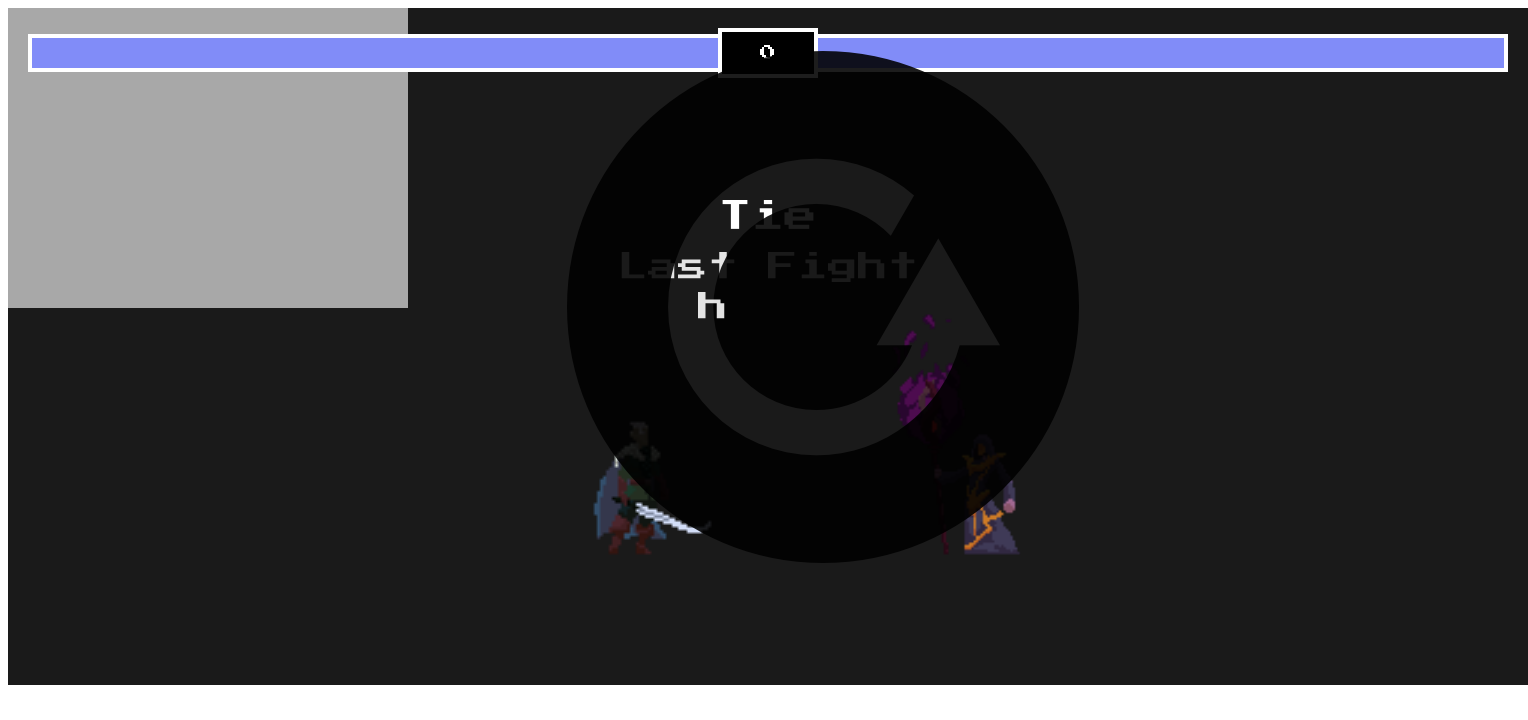
Repository: Gaurav31052/Fighting-game
Page: index.html
These files come from the project's save history. The page is drawn as it stood at one moment and after a run of saves; the edit follows.
The browser window is 1280 px wide. The page is 1528 px wide, so the pictures cover 1528 px, including what lies to the right of the window. The pictures show the whole page.
Some web libraries are served in a nearby version.

Above is the page before, as saved 2024-05-30 22:32:47.

### index.html
<head>
    <link rel="preconnect" href="https://fonts.googleapis.com">
    <link rel="preconnect" href="https://fonts.gstatic.com" crossorigin>
    <link href="https://fonts.googleapis.com/css2?family=Press+Start+2P&display=swap" rel="stylesheet">
    <style>
        * {
            box-sizing: border-box;
            font-family: "Press Start 2P", system-ui;
        }

            @keyframes fadeIn {
                from { opacity: 0; }
                to { opacity: 1; }
            }
            .image1{

            }

    </style>
</head>

<body>
    <!-- red container div -->
    <div style="position: relative; display: inline-block;">
        <!-- smaller red container div -->
        <div style="position: absolute; display: flex; align-items: center; width: 100%; padding: 20px;">
            <!-- player health -->
            <div style="position: relative; width: 100%; display: flex; justify-content: flex-end;
            border-top: 4px solid white;
            border-bottom: 4px solid white;
            border-left: 4px solid white;

            ">
                <div style="background-color: red; height: 30px; width: 100%;"></div>
                <div id="playerHealth"
                    style="position: absolute; background: #818CF8; top: 0; right: 0; bottom: 0; width: 100%;"></div>
            </div>
            <!-- timer -->
            <div id="timer"
                style="background-color: black; width: 100px; height: 50px; flex-shrink: 0; display: flex; align-items: center; justify-content: center; color: white; border: 4px solid white">
                10
            </div>
            <!-- enemy health -->
            <div style="position: relative;  width: 100%; border-top: 4px solid white;
            border-bottom: 4px solid white;
            border-right: 4px solid white;">
                <div style="background-color: red; height: 30px;"></div>
                <div id="enemyHealth"
                    style="position: absolute; background: #818CF8; top: 0; right: 0; bottom: 0; left: 0;"></div>
            </div>
        </div>
        <div id="displayText" style="position: absolute; color: white; display: flex; align-items: center; justify-content: center; top: 0;
        right: 0; left: 0; bottom: 260; font-size: 33px; display: none;">tie</div>
        <div id="displayText2" style="position: absolute; color: white; display: flex; align-items: center; justify-content: center; top: 0;
        right: 0; left: 0; bottom: 160; font-size: 30px; display: none; opacity: 0; animation: fadeIn 5s forwards; "></div>


        <div id="displayText4" style="position: absolute; color: white; display: flex; align-items: center; justify-content: center; top: 0;
        right: 0; left: 110; bottom: 80; font-size: 30px; display: none; opacity: 0; animation: fadeIn 5s forwards; "><img class="image1" src="./img/replay.png" alt="" srcset=""></div>
        <div id="displayText5" style="position: absolute; color: white; display: flex; align-items: center; justify-content: center; top: 0;
        right:110; left: 0; bottom: 80; font-size: 30px; display: none; opacity: 0; animation: fadeIn 5s forwards; ">h</div>



        <canvas id="canvas"></canvas>

    </div>

<!-- <script src="//cdnjs.cloudflare.com/ajax/libs/annyang/2.6.1/annyang.min.js"></script> -->
    <script src="https://cdnjs.cloudflare.com/ajax/libs/gsap/3.9.1/gsap.min.js"
        integrity="sha512-H6cPm97FAsgIKmlBA4s774vqoN24V5gSQL4yBTDOY2su2DeXZVhQPxFK4P6GPdnZqM9fg1G3cMv5wD7e6cFLZQ=="
        crossorigin="anonymous" referrerpolicy="no-referrer"></script>
    <script src="JS/utils.js"></script>
    <script src="JS/classes.js"></script>
    <script src="game.js"></script>

</body>

### JS/utils.js
function rectangularCollision({ rectangle1, rectangle2 }) {
    return (rectangle1.attackBox.position.x + rectangle1.attackBox.width >= rectangle2.position.x && rectangle1.attackBox.position.x <= rectangle2.position.x + rectangle2.width && rectangle1.attackBox.position.y + rectangle1.attackBox.height >= rectangle2.position.y && rectangle1.attackBox.position.y <= rectangle2.position.y + rectangle2.height)
}

function determineWinner({ player, enemy, timerId }) {
    clearTimeout(timerId)
    document.querySelector('#displayText').style.display = 'flex'
    document.querySelector('#displayText2').style.display = 'flex'
    // document.querySelector('#displayText3').style.display = 'flex'
    document.querySelector('#displayText4').style.display = 'flex'
    document.querySelector('#displayText5').style.display = 'flex'
    if (player.health === enemy.health) {
        game_sound.pause();
        draw.loop=true;
        draw.play();
        document.querySelector('#displayText').innerHTML = 'Tie'
        document.querySelector('#displayText2').innerHTML = 'Last Fight'
        // document.querySelector('#displayText4').innerHTML = 'Reply'
        // document.querySelector('#displayText5').innerHTML = 'home'
    }
    else if (player.health > enemy.health) {
        game_sound.pause();
        winning.play()
        document.querySelector('#displayText').innerHTML = 'Player-1 Wins!'
        document.querySelector('#displayText2').innerHTML = 'Last Fight'
    }
    else if (player.health < enemy.health) {
        game_sound.pause();
        winning.play()
        document.querySelector('#displayText').innerHTML = 'Player-2 Wins!'
        document.querySelector('#displayText2').innerHTML = 'Last Fight'
    }
}

let timer = 3;
let timerId
function decreaseTimer() {
    if (timer > 0) {
        timerId = setTimeout(decreaseTimer, 1000)
        timer--
        document.querySelector('#timer').innerHTML = timer;
    }
    if (timer == 0) {
        determineWinner({ player, enemy, timerId })
    }
}


var draw =new Audio("./audio/tie_bgm.mp3");
var winning =new Audio("./audio/winning audio.mp3");

### JS/classes.js
class Sprite {
    constructor({ position, imageSrc, scale = 1, frameMax = 1, offset = { x: 0, y: 0 } }) {
        this.position = position;
        this.width = 50
        this.height = 150
        this.image = new Image()
        this.image.src = imageSrc
        this.scale = scale
        this.frameMax = frameMax
        this.frameCurrent = 0
        this.frameElapsed = 0
        this.frameHold = 5
        this.offset = offset
    }
    draw() {

        c.drawImage(this.image, this.frameCurrent * (this.image.width / this.frameMax), 0, this.image.width / this.frameMax, this.image.height,

            this.position.x - this.offset.x, this.position.y - this.offset.y, (this.image.width / this.frameMax) * this.scale, this.image.height * this.scale)
    }

    animateFrame() {
        this.frameElapsed++
        if (this.frameElapsed % this.frameHold === 0) {
            if (this.frameCurrent < this.frameMax - 1) {

                this.frameCurrent++
            }
            else {
                this.frameCurrent = 0
            }
        }
    }

    update() {
        this.draw()
        this.animateFrame()
    }
}




class Fighter extends Sprite {
    constructor({ position, velocity, color = 'red', imageSrc, scale = 1, frameMax = 1, offset = { x: 0, y: 0 }, sprites,attackBox ={offset: {}, width: undefined, height: undefined} }) {
        super({
            position,
            imageSrc,
            frameMax,
            scale,
            offset
        })

        this.velocity = velocity;
        this.width = 50
        this.height = 150
        this.lastkey
        this.attackBox = {
            position: {
                x: this.position.x,
                y: this.position.y
            },
            offset: attackBox.offset,
            width: attackBox.width,
            height: attackBox.height
        }
        this.color = color
        this.isAttacking
        this.health = 100
        this.frameCurrent = 0
        this.frameElapsed = 0
        this.frameHold = 5
        this.sprites =sprites
        this.dead = false

        for(const sprite in this.sprites){
            sprites[sprite].image =new Image()
            sprites[sprite].image.src= sprites[sprite].imageSrc
        }

    }
    // draw() {
    //     c.fillStyle = this.color
    //     c.fillRect(this.position.x, this.position.y, this.width, this.height)

    //     // attack box
    //     if (this.isAttacking) {
    //         c.fillStyle = 'green'
    //         c.fillRect(this.attackBox.position.x, this.attackBox.position.y, this.attackBox.width, this.attackBox.height)
    //     }
    // }
    update() {
        this.draw()
        if(!this.dead)
        this.animateFrame()


// attack boxes
        this.attackBox.position.x = this.position.x + this.attackBox.offset.x
        this.attackBox.position.y = this.position.y + this.attackBox.offset.y

        // draw the attack box
        // c.fillRect(this.attackBox.position.x, this.attackBox.position.y, this.attackBox.width, this.attackBox.height)

        this.position.y += this.velocity.y
        this.position.x += this.velocity.x

        //gravity function
        if (this.position.y + this.height + this.velocity.y >= canvas.height-200) {
            this.velocity.y = 0
            this.position.y = 400
        }
        else {
            this.velocity.y += gravity
        }

    }
    attack() {
        this.switchSprite('attack1')
        this.isAttacking = true

    }

    takeHit(){
        this.health -= 5

        if(this.health <= 0){
            this.switchSprite('death')
        }
        else{
            this.switchSprite('takeHit')
        }
    }

    switchSprite(sprite){
        if(this.image === this.sprites.death.image) {
            if(this.frameCurrent=== this.sprites.death.frameMax-1) this.dead = true
            return}
        // overriding all other animations with the attack animations
        if(this.image === this.sprites.attack1.image && this.frameCurrent < this.sprites.attack1.frameMax -1) return

        // override when fighter gets hit
        if(this.image === this.sprites.takeHit.image && this.frameCurrent < this.sprites.takeHit.frameMax -1) return

        switch (sprite) {
            case 'idle':
                if(this.image!= this.sprites.idle.image){
                this.image=this.sprites.idle.image
                this.frameMax = this.sprites.idle.frameMax
                this.frameCurrent = 0
        }
                break;
            case 'run':
            if(this.image!= this.sprites.run.image){
            this.image=this.sprites.run.image
            this.frameMax = this.sprites.run.frameMax
            this.frameCurrent = 0
        }
                break;
            case 'jump':
                if(this.image!= this.sprites.jump.image){
                this.image =this.sprites.jump.image
                this.frameMax = this.sprites.jump.frameMax
                this.frameCurrent = 0
                }
                break;
            case 'fall':
                if(this.image!= this.sprites.fall.image){
                this.image =this.sprites.fall.image
                this.frameMax = this.sprites.fall.frameMax
                this.frameCurrent = 0
                }
                break;
            case 'attack1':
                if(this.image!= this.sprites.attack1.image){
                this.image =this.sprites.attack1.image
                this.frameMax = this.sprites.attack1.frameMax
                this.frameCurrent = 0
                }
                break;
            case 'takeHit':
                if(this.image!= this.sprites.takeHit.image){
                this.image =this.sprites.takeHit.image
                this.frameMax = this.sprites.takeHit.frameMax
                this.frameCurrent = 0
                }
                break;
            case 'death':
                if(this.image!= this.sprites.death.image){
                this.image =this.sprites.death.image
                this.frameMax = this.sprites.death.frameMax
                this.frameCurrent = 0
                }

                break;

        }
    }
}

### game.js
const canvas = document.getElementById('canvas');
const c = canvas.getContext('2d');

canvas.width = 1520
// canvas.width = window. innerWidth;
canvas.height = 677
// canvas.height = window. innerHeight;

c.fillRect(0, 0, canvas.width, canvas.height)

const gravity = 2.9


const background = new Sprite({
    position: {
        x: 0,
        y: 0,

    },
    // imageSrc: './img/background5.jpg'
    imageSrc: localStorage.getItem(1)


})





// const shop = new Sprite({
//     position: {
//         x: 600,
//         y: 128
//     },
//     imageSrc: './img/shop.png',
//     scale: 2.75,
//     frameMax: 6
// })


const player = new Fighter({
    position: {
        x: 600,
        y: 0
    },
    velocity: {
        x: 0,
        y: 0
    },
    offset: {
        x: 0,
        y: 0
    },
    imageSrc: './img/samuraiMack/Idle.png',

    frameMax: 10,
    scale:3,
    offset: {
        x:215,
        y:157
    },

    sprites:{
        idle: {
            imageSrc: './img/samuraiMack/Idle.png',
            frameMax: 10
        },
        run:{
            imageSrc: './img/samuraiMack/Run.png',
            frameMax: 8

        },
        jump:{
            imageSrc: './img/samuraiMack/Jump.png',
            frameMax: 3

        },
        fall:{
            imageSrc: './img/samuraiMack/Fall.png',
            frameMax: 3
        },
        attack1:{
            imageSrc: './img/samuraiMack/Attack1.png',
            frameMax: 7
        },
        takeHit:{
            imageSrc: './img/samuraiMack/Take hit.png',
            frameMax: 3
        },
        death:{
            imageSrc: './img/samuraiMack/Death.png',
            frameMax: 7
        }

    },
    attackBox:{
        offset:{
            x:90,
            y:50
        },
        width:70,
        height:50
    }
})




const enemy = new Fighter({
    position: {
        x: 900,
        y: 100
    },
    velocity: {
        x: 0,
        y: 0
    },
    color: 'blue',
    offset: {
        x: -50,
        y: 0
    },
    imageSrc: './img/kenji/Idle.png',
    frameMax: 8,
    scale:2.3,
    offset: {
        x:215,
        y:238
    },

    sprites:{
        idle: {
            imageSrc: './img/kenji/Idle.png',

            frameMax: 8
        },
        run:{
            imageSrc: './img/kenji/Run.png',
            frameMax: 8

        },
        jump:{
            imageSrc: './img/kenji/Jump.png',
            frameMax: 2

        },
        fall:{
            imageSrc: './img/kenji/Fall.png',
            frameMax: 2
        },
        attack1:{
            imageSrc: './img/kenji/Attack1.png',
            frameMax: 8
        },
        takeHit:{
            imageSrc:'./img/kenji/Take hit.png',
            frameMax: 3
        },
        death:{
            imageSrc: './img/kenji/Death.png',
            frameMax: 7
        }


    },
    attackBox:{
        offset:{
            x:-140,
            y:50
        },
        width:130,
        height:50
    }
})

// console.log(player)

const key = {
    a: {
        pressed: false
    },
    d: {
        pressed: false
    },
    ArrowRight: {
        pressed: false
    },
    ArrowLeft: {
        pressed: false
    }
}


decreaseTimer()


function animate() {
    window.requestAnimationFrame(animate)
    c.fillStyle = 'black'
    c.fillRect(0, 0, canvas.width, canvas.height)
    background.update()
    // shop.update()
    c.fillStyle ='rgba(255,255,255,0.1)'
    c.fillRect(0,0, canvas.width, canvas.height)
    player.update()
    enemy.update()
    player.velocity.x = 0
    enemy.velocity.x = 0

    // player movement

    if (key.a.pressed && player.lastkey === 'a') {
        player.velocity.x = -5
        player.switchSprite('run')
    }
    else if (key.d.pressed && player.lastkey === 'd') {
        player.velocity.x = 5
        player.switchSprite('run')
    }
    else{
        player.switchSprite('idle')
    }

    //jumping player
    if(player.velocity.y<0){
       player.switchSprite('jump')
    }
    else if(player.velocity.y>0){
        player.switchSprite('fall')
    }



    // enemy movement
    if (key.ArrowLeft.pressed && enemy.lastkey === 'ArrowLeft') {
        enemy.velocity.x = -5
        enemy.switchSprite('run')
    }
    else if (key.ArrowRight.pressed && enemy.lastkey === 'ArrowRight') {
        enemy.velocity.x = 5
        enemy.switchSprite('run')
    }
    else{
        enemy.switchSprite('idle')
    }
     //jumping enemy
     if(enemy.velocity.y<0){
        enemy.switchSprite('jump')
     }
     else if(enemy.velocity.y>0){
         enemy.switchSprite('fall')
     }

    // detect for collision & enemy get hit
    if (rectangularCollision({ rectangle1: player, rectangle2: enemy }) && player.isAttacking && player.frameCurrent===4) {
        enemy.takeHit()
        enemy_take_hit.volume=0.2
        enemy_take_hit.play()
        player.isAttacking = false

        // document.querySelector('#enemyHealth').style.width = enemy.health + '%'
        gsap.to('#enemyHealth',{
            width:enemy.health + '%'
        })
    }

    // if player misses
    if(player.isAttacking && player.frameCurrent === 4){
        player.isAttacking = false
    }

    // this is where our player hit
    if (rectangularCollision({ rectangle1: enemy, rectangle2: player }) && enemy.isAttacking && enemy.frameCurrent === 2) {
        player.takeHit()
        player_take_hit.volume=0.2
        player_take_hit.play();
        enemy.isAttacking = false
        // console.log('enemy is Attacking')
        // document.querySelector('#playerHealth').style.width = player.health + '%'
        gsap.to('#playerHealth',{
            width:player.health + '%'
        })
    }

     // if enemy misses
     if(enemy.isAttacking && enemy.frameCurrent === 2){
        enemy.isAttacking = false
    }
    // end game based on health
    if (enemy.health <= 0 || player.health <= 0) {
        determineWinner({ player, enemy, timerId })
    }
}

animate()


window.addEventListener('keydown', (event) => {
    if(!player.dead){


    switch (event.key) {
        case 'd':
            key.d.pressed = true
            player.lastkey = 'd'
            break
        case 'a':
            key.a.pressed = true
            player.lastkey = 'a'
            break
        case 'w':
            player.velocity.y = -38
            break
        case ' ':
            player.attack()
            sword.play();
            break

        }
    }

    if(!enemy.dead){

switch(event.key){
    case 'ArrowRight':
            key.ArrowRight.pressed = true
            enemy.lastkey = 'ArrowRight'
            break
        case 'ArrowLeft':
            key.ArrowLeft.pressed = true
            enemy.lastkey = 'ArrowLeft'
            break
        case 'ArrowUp':
            enemy.velocity.y = -38
            break
        case 'ArrowDown':
            enemy.attack()
            woo1.play();
            break
}

}

})
window.addEventListener('keyup', (event) => {
    switch (event.key) {
        case 'd':
            key.d.pressed = false
            break
        case 'a':
            key.a.pressed = false
            break

    }

    // enemy key
    switch (event.key) {
        case 'ArrowRight':
            key.ArrowRight.pressed = false
            break
        case 'ArrowLeft':
            key.ArrowLeft.pressed = false
            break

    }
})





// voice command

// if(annyang){
//     var commands={
//         // 'forward': function(){alert('helloooo');}
//         'forward': function(){ key.d.pressed = true
//             player.lastkey = 'd'
//         setTimeout(()=>{
//             key.d.pressed = false
//             annyang.start()
//         },500)
//         },
//         'stop': function(){ key.d.pressed = false
//             player.lastkey = 'd' },
//         'back': function(){key.a.pressed = true
//             player.lastkey = 'a'
//             setTimeout(()=>{
//                 key.a.pressed = false
//                 annyang.start()
//             },500)},
//         'jump': function(){player.velocity.y = -38
//             annyang.start()},
//         'attack': function(){ player.attack()
//             annyang.start()}
//     };
//     annyang.addCommands(commands);
//     annyang.start();
// }


//Sound Effect
var sword =new Audio("./audio/sword sound.mp4");
var player_take_hit =new Audio("./audio/grunt_1.mp3");
var enemy_take_hit =new Audio("./audio/grunt_2.mp3");
var woo1 =new Audio("./audio/woo1.mp3");
var fight = new Audio("./audio/fight-deep-voice.mp3");
fight.play();
// draw_music.play();
var game_sound =new Audio("./audio/game_bgm.mp3");
game_sound.loop=true;
game_sound.volume=0.3;
game_sound.play();

After the next 3 saves:
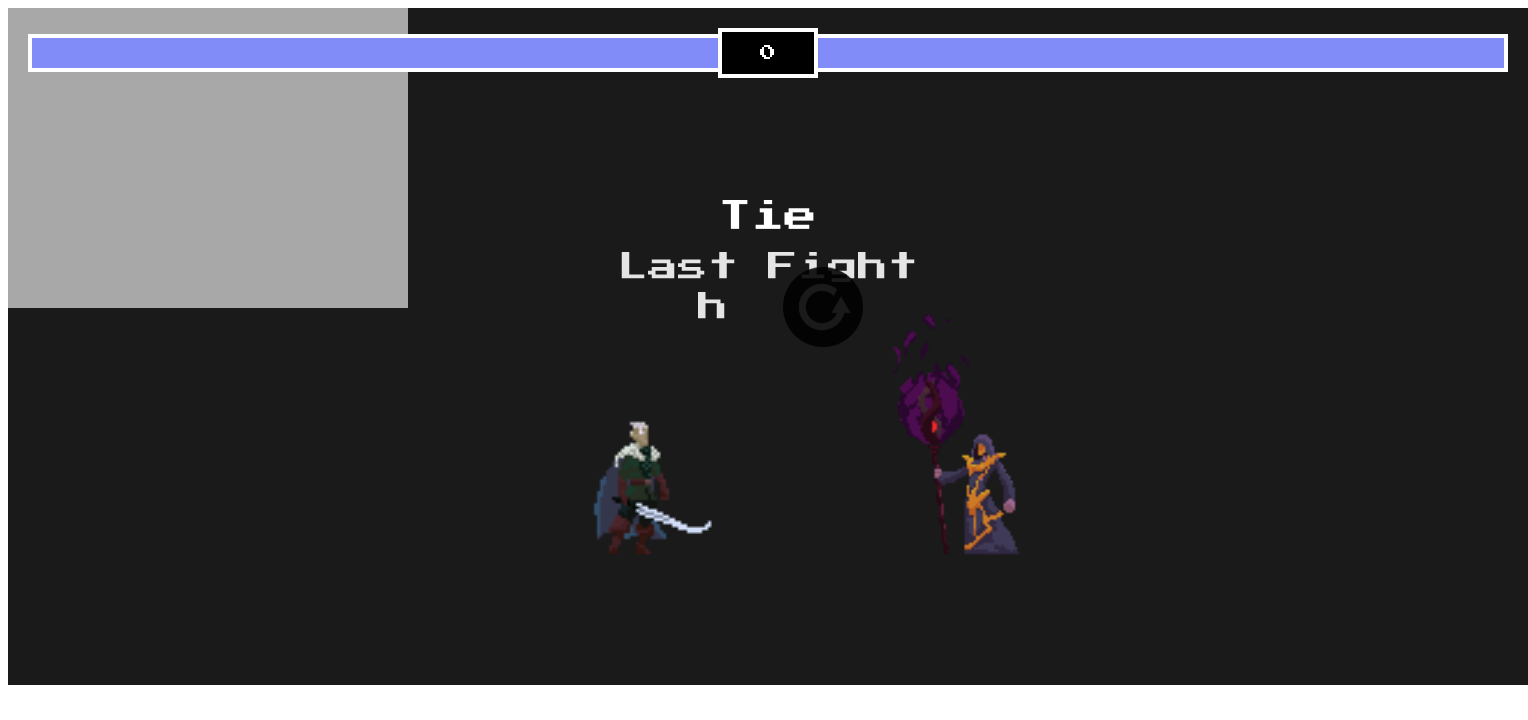
The 3 saves are shown as one change because they came seconds apart.
The last was saved 27 s later.
--- a/index.html
+++ b/index.html
@@ -13,7 +13,7 @@
                 to { opacity: 1; }
             }
             .image1{
-
+                width: 80px;
             }
 
     </style>
